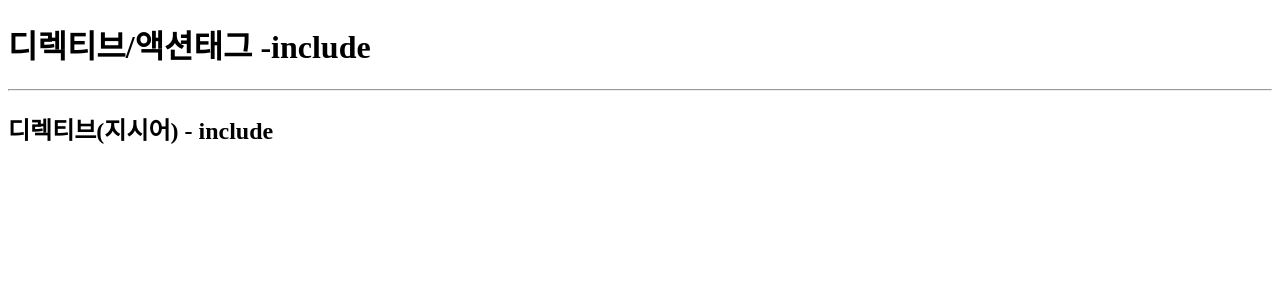
Repository: SeYoung1012/Bitcamp
Page: http://localhost/06_actiontag/ex01_action_include.jsp
An editor plug-in stored every save of this project. The page is shown before and after the next save, followed by the edit.
The browser window is 1280 px wide. The pictures show the whole page.
The page is served by Tomcat 9.

Above is the page before, as saved 2021-09-29 02:17:36.

After the next save:
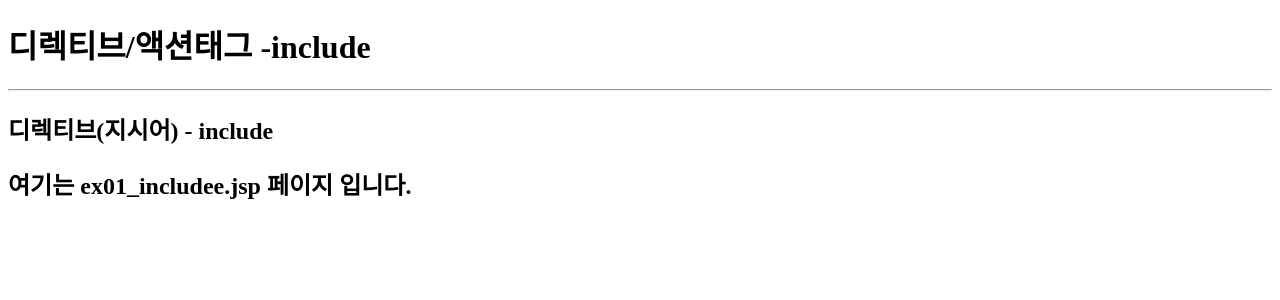
Saved 25 s later.
--- a/60_web/06_actiontag/WebContent/ex01_action_include.jsp
+++ b/60_web/06_actiontag/WebContent/ex01_action_include.jsp
@@ -16,6 +16,7 @@
 	 <h1> 디렉티브/액션태그 -include </h1>
 	 <hr>
 	 <h2>디렉티브(지시어) - include</h2>
+	 <%@ include file="ex01_includee.jsp" %>
 
 </body>
 </html>
